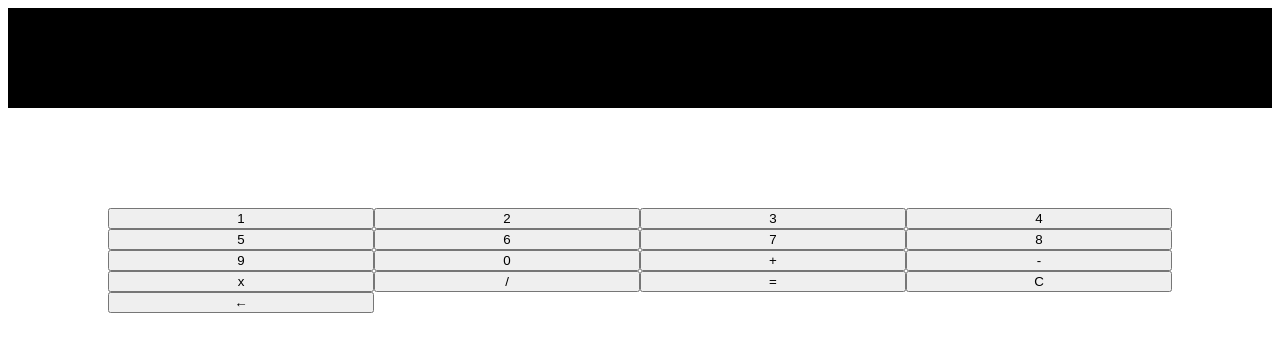
Repository: TEazy2433/LAB-calculator
Page: index.html
An editor plug-in stored every save of this project. The page is shown before and after the next save, followed by the edit.
The browser window is 1280 px wide. The pictures show the whole page.

Above is the page before, as saved 2023-10-13 17:52:42.

After the next save:
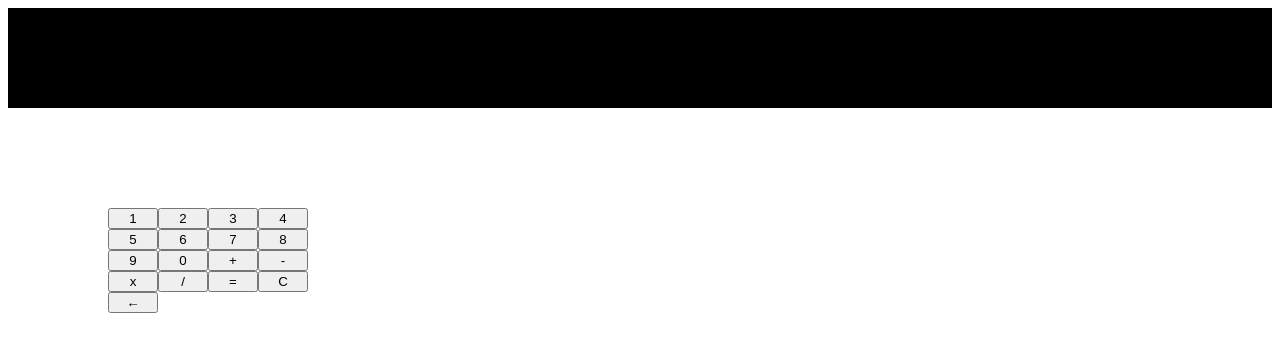
Saved 14 s later.
--- a/main.css
+++ b/main.css
@@ -10,6 +10,7 @@
   grid-template-columns: repeat(4, 1fr);
   padding: 100px;
   height: 100px;
+  width: 200px;
 }
 operator{
   background-color: yellow;
